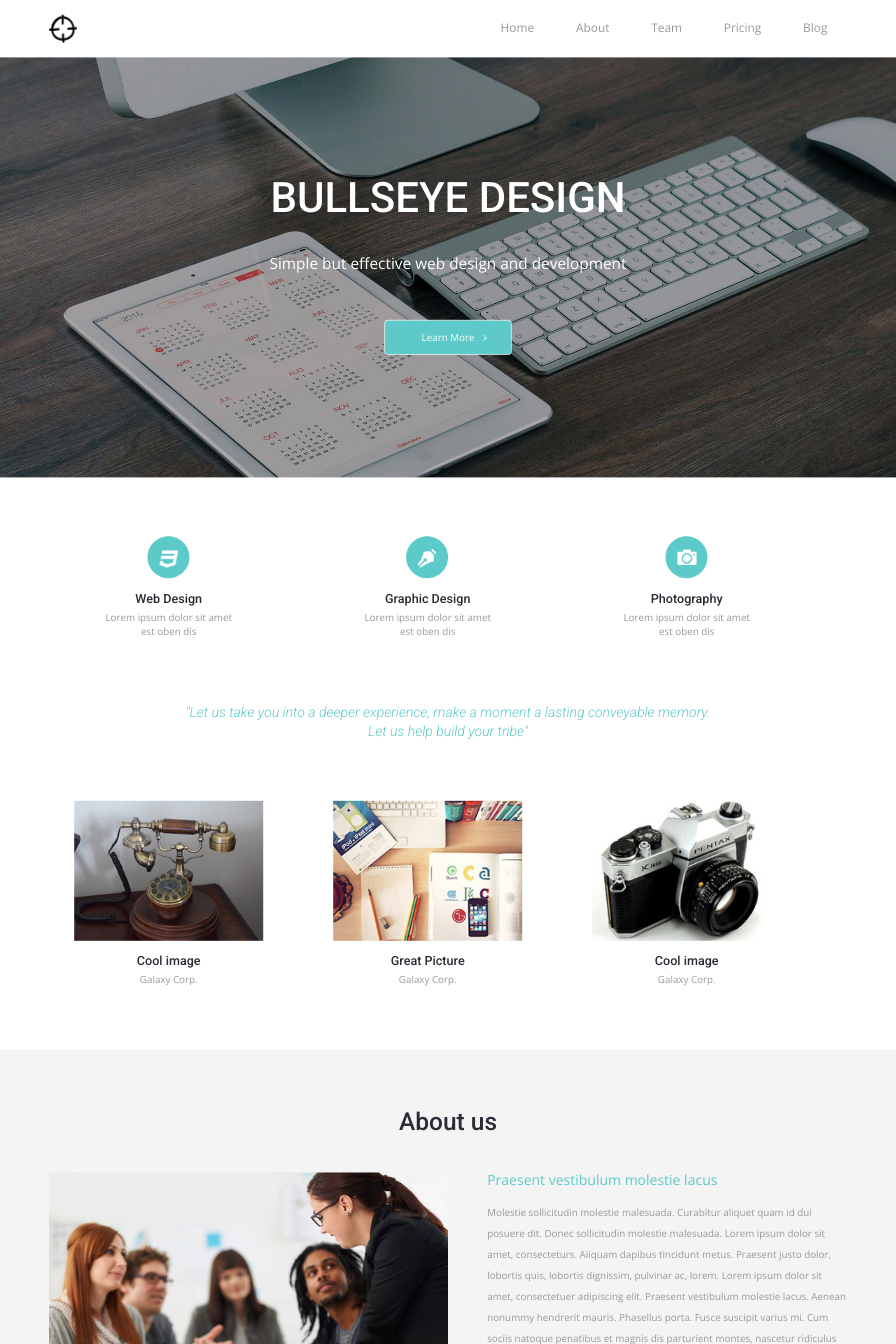
Repository: bullseyebill/bullseye_web
Page: index.html
The author's editor kept a record of every edit. The page is drawn from the files as they stood at one moment, then again after the next edit.
The browser window is 1280 px wide. The pictures show the part of the page from y = 0 to 1920 px (the page is 4557 px tall), at 70% of full size.

Above is the page before.

After the next edit:
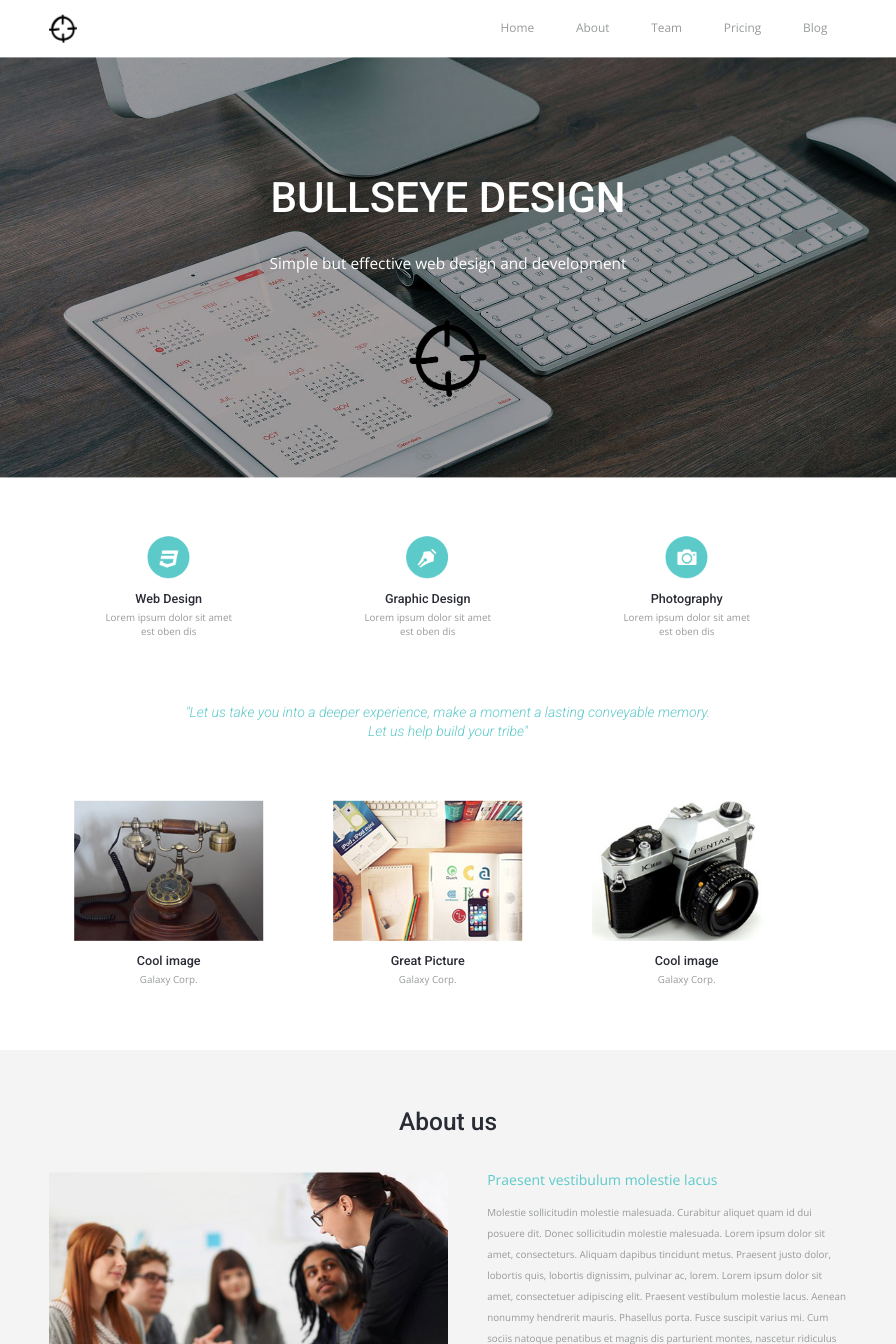
The edit:
--- a/index.html
+++ b/index.html
@@ -68,8 +68,8 @@
 		<div class="banner-info">
 			<h2>BULLSEYE DESIGN</h2>
 			<p>Simple but effective web design and development</p>
-			<div class="more">
-				<a href="#">Learn More</a>
+			<div class="logo">
+				<a href="index.html"><img src="images/tgt_wht.png" alt="target" width=110px" height="110px"></a>
 			</div>
 		</div>
 	</div>
